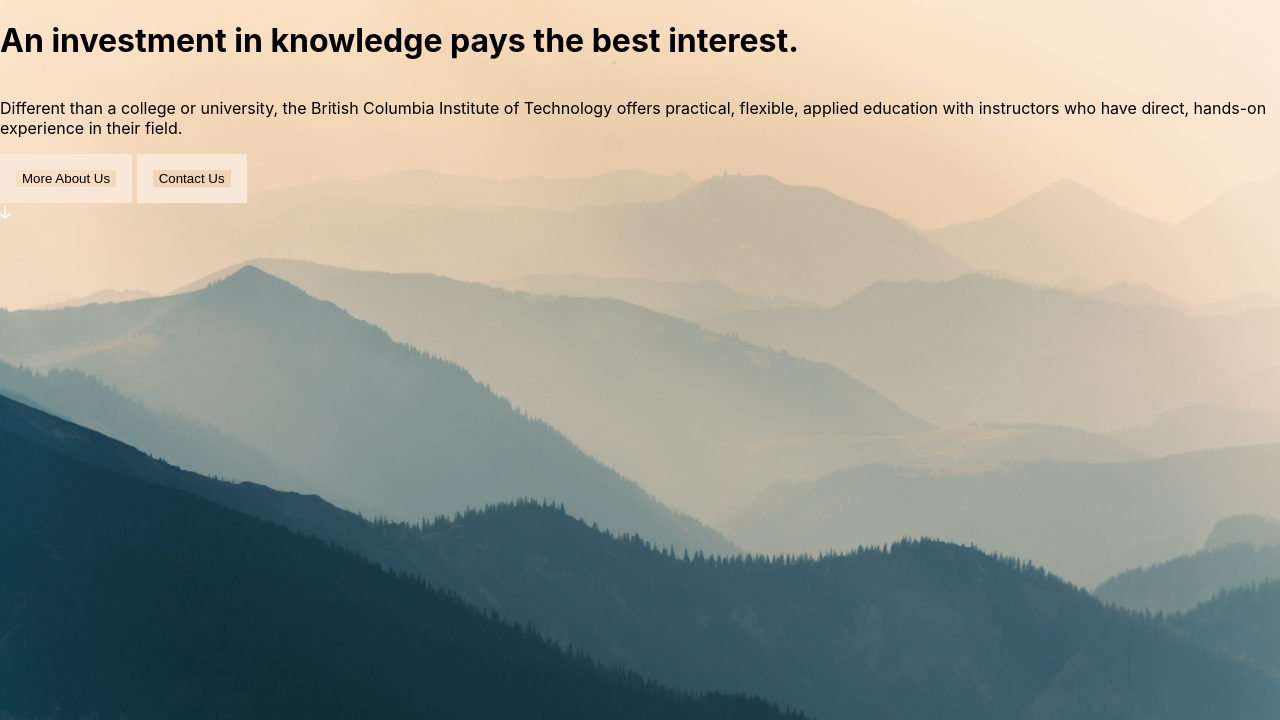
Repository: SaraShio/A01314209_Sara_Shiojima
Page: /
An editor plug-in stored every save of this project. The page is shown before and after a run of saves, followed by the edit.
The browser window is 1280 px wide. The pictures show the whole page.
The project was rebuilt for these pictures with package versions that can differ from the ones it lists, and the page was loaded fresh each time. The framework's server and built-in components were replaced by stand-ins that run in the browser. Also part of the build but not shown: next.config.js.

Above is the page before, as saved 2023-02-07 22:17:26.

### pages/index.js
import Head from 'next/head'
import Image from 'next/image'
import styles from '../styles/Home.module.css'
import Link from 'next/link'
import Arrow from '../components/Arrow'

export default function Home() {
  return (
    <>
      <Head>
        <title>Home</title>
        <meta name="author" content="MDIA 2109" />
        <meta property="og:title" content="Assignment #1 - Home Page" />
        <meta property="og:description" content="BCIT Digital Design and Development Diploma" />
        <link rel="icon" href='/favicon.png' />
      </Head>

      <main className={styles.main}>
        <div className={styles.content}>
          <header>
            <h1>An investment in knowledge pays the best interest.</h1>
          </header>

          <p>Different than a college or university, the British Columbia Institute of Technology offers practical, flexible, applied education with instructors who have direct, hands-on experience in their field.</p>
          <div>
            <a href='/about'> <button className={styles.button}>More About Us</button></a>

            <a href='/contact'> <button className={styles.button}>Contact Us</button></a>
          </div>
        </div>
        <Arrow page="Home" />
      </main>
    </>
  )
}

### styles/Home.module.css
:root{
--beige:#f9e8d8;
}


.main{
background-image: url(../public/background-images/backgroundMountain.jpg);
height: 100vh;
width: 100vw;
 background-size: cover;
  background-repeat:no-repeat;
  background-position:center;
}



.content{
    display: flex;
    flex-direction: column;
    justify-content: center;
    align-items: left;
}

.button{
background-color: transparent;
border: 1rem solid var(--beige);
}

### components/Arrow/index.js
import styles from './Arrow.module.css'

export default function Arrow({
    page = "home",
}) {
    return (

        page.toLowerCase() === "home" ?
            <div className={styles.arrow}><a><span><img src={'public/icons/downwardArrow.png'} /></span></a>
            </div> :
            page.toLowerCase() === "about" ?
                <div className={styles.arrow}><a><span><img src={'public/icons/upwardArrow.png'} /></span></a>
                    <a><span><img src={'public/icons/downwardArrow.png'} /></span></a>
                </div> :
                page.toLowerCase() === "contact" ?
                    <div className={styles.arrow}><a href="/about"><span><img src={'public/icons/upwardArrow.png'} /></span></a>
                    </div> :
                    <div className={styles.arrow}><a href="/"><span><img src={'public/icons/downwardArrow.png'} /></span></a>
                    </div>
    )
}

### components/Arrow/Arrow.module.css
.arrow{
    color: pink;
    bottom:20px;
}


.arrow > a > span > img{
    width: 10px;
}

Loaded but not shown: pages/_app.js (common file); styles/globals.css (common file)

After the next 4 saves:
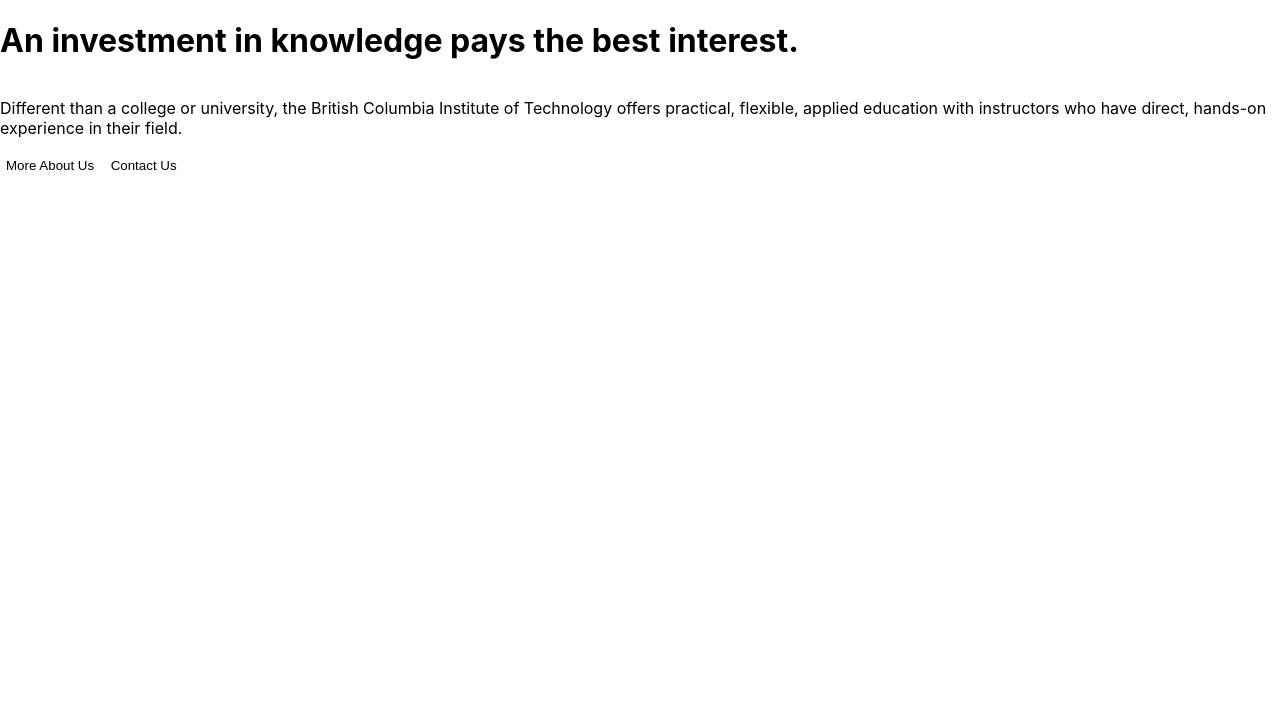
The 4 saves are shown as one change because they came seconds apart.
The last was saved 11 s later.
--- a/styles/Home.module.css
+++ b/styles/Home.module.css
@@ -1,6 +1,6 @@
-:root{
+:root(
 --beige:#f9e8d8;
-}
+)
 
 
 .main{

After the save that followed:
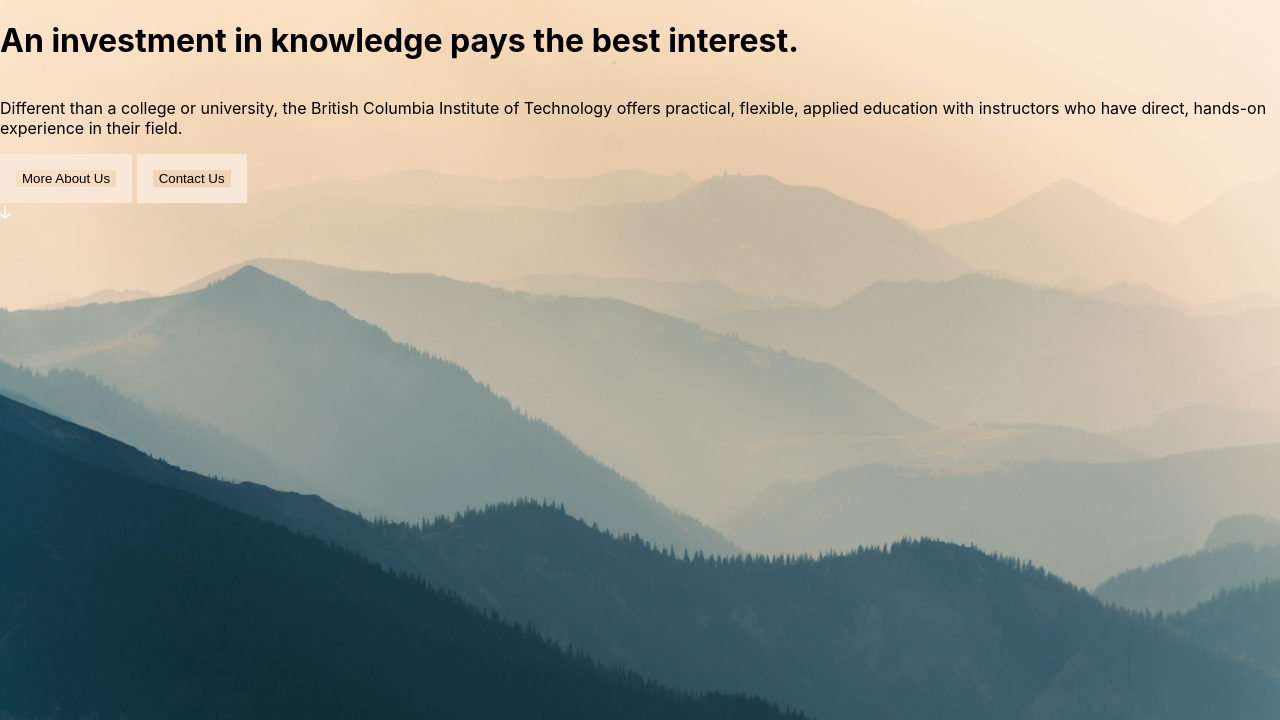
Saved 4 s later.
--- a/styles/Home.module.css
+++ b/styles/Home.module.css
@@ -1,6 +1,6 @@
-:root(
+:root{
 --beige:#f9e8d8;
-)
+}
 
 
 .main{
